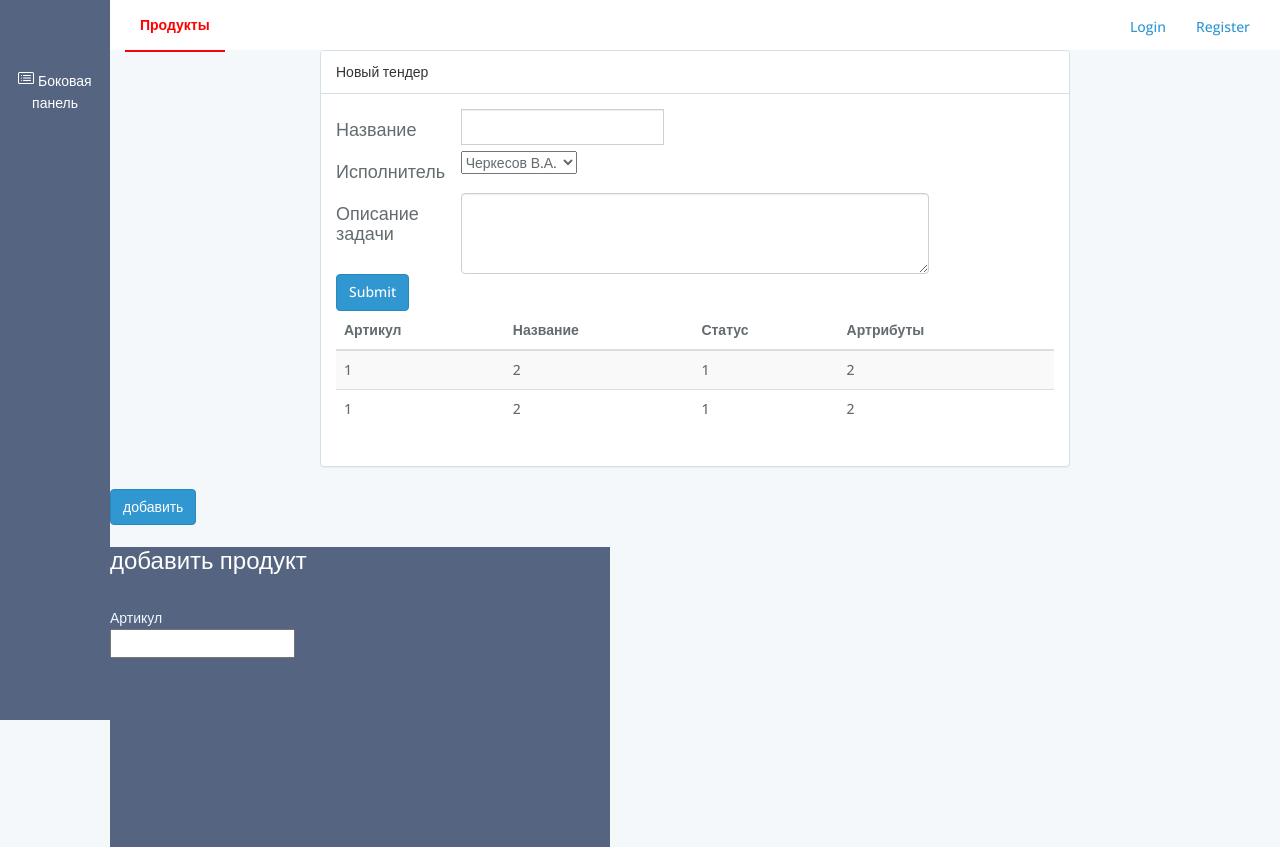
Repository: blackjack043/laravel-crud
Page: http://localhost/page2
An editor plug-in stored every save of this project. The page is shown before and after the next save, followed by the edit.
The browser window is 1280 px wide. The pictures show the whole page.
Some web fonts or font styles are not loaded; a fallback is used. The page is served by the project's Laravel application, run on PHP 8.4 with Laravel 8. Other server files are loaded and not shown.

Above is the page before, as saved 2022-03-07 15:58:05.

### routes/web.php
<?php

/*
|--------------------------------------------------------------------------
| Web Routes
|--------------------------------------------------------------------------
|
| Here is where you can register web routes for your application. These
| routes are loaded by the RouteServiceProvider within a group which
| contains the "web" middleware group. Now create something great!
|
*/
use Illuminate\Http\Request;
use App\Contact12;


Route::get('/', function () {
    return view('welcome');
});

Route::get('/page2', function () {
    return view('page2');
});



Route::post('/profile', 'ContactController@submit');

Auth::routes();

Route::get('/home', 'HomeController@index');

Auth::routes();

Route::get('/home', 'HomeController@index');

### resources/views/page2.blade.php
@extends('layouts.app2')

@section('content')
<div class="container">
    <div class="row">
        <div class="col-md-8 col-md-offset-2">
            <div class="panel panel-default">
                <div class="panel-heading">Новый тендер</div>
                <div class="panel-body">


        @if($errors->any())
            <div style=>
            @foreach ($errors->all() as $error)
            <div >
                {{$error}}
            </div>
            @endforeach
            </div>
         @endif
<form  method="POST" action="/profile">
{{ csrf_field() }}

                <div class="row" >
  <div class="col-md-2" ><h4>Название</h4></div>
  <div class="col-md-10">
<div class="input-group" >
<input type="text" name="label" class="form-control"  aria-describedby="sizing-addon2">
                </div></div>
</div>

<div class="row">
  <div class="col-md-2"><h4>Исполнитель</h4></div>
  <div class="col-md-10">
    <select name="ispolnitel">
    <option value="cherkesov">Черкесов В.А.</option>
    <option value="matancev">Матанцев Е.Р.</option>
    </select>
</div>
</div>

<div class="row">
  <div class="col-md-2"><h4>Описание задачи</h4></div>
  <div class="col-md-8">
		<textarea name="text" class="form-control" rows="3"></textarea>
</div>



</div>
<input type="submit" class="btn btn-primary">
</form>


<table class="table table-striped table-hover">
    <thead>
        <tr>
            <th>Артикул</th>
            <th>Название</th>
            <th>Статус</th>
            <th>Артрибуты</th>
            </tr>

    </thead>

    <tbody>
        <tr>
            <td>1</td>
            <td>2</td>
            <td>1</td>
            <td>2</td>
        </tr>
        <tr>
            <td>1</td>
            <td>2</td>
            <td>1</td>
            <td>2</td>
        </tr>
    </tbody>
</table>


                </div>
            </div>
        </div>
    </div>
</div>

<div>

<button class="btn btn-primary">добавить</button>
<div style="background-color: #556480;width:500px;height: 300px;">
    <div style="color: white"><h3>добавить продукт</h3></div>
    <br>
    <div> <span style="color:aliceblue"> Артикул </span> </div>
    <div><input type="text" /> </div>
</div>

</div>
@endsection

### resources/views/layouts/app2.blade.php
<!DOCTYPE html>
<html lang="en">
<head>
    <meta charset="utf-8">
    <meta http-equiv="X-UA-Compatible" content="IE=edge">
    <meta name="viewport" content="width=device-width, initial-scale=1">
    <link rel="preconnect" href="https://fonts.googleapis.com">
<link rel="preconnect" href="https://fonts.gstatic.com" crossorigin>
<link href="https://fonts.googleapis.com/css2?family=Open+Sans:wght@300;500;700&display=swap" rel="stylesheet">
    <!-- CSRF Token -->
    <meta name="csrf-token" content="{{ csrf_token() }}">

    <title>{{ config('app.name', 'Laravel') }}</title>

    <!-- Styles -->
    <link href="/css/app.css" rel="stylesheet">

    <!-- Scripts -->
    <script>
        window.Laravel = <?php echo json_encode([
            'csrfToken' => csrf_token(),
        ]); ?>
    </script>
</head>
<body style="font-family: 'Open Sans', sans-serif;">
    <div id="app" style="display: flex;">
        <div style="width:200px; height:100vh;background: #556480;color: white; font-size: 14px;text-align: center; padding-top:70px" >

        <svg xmlns="http://www.w3.org/2000/svg" width="16" height="16" fill="currentColor" class="bi bi-card-list" viewBox="0 0 16 16">
  <path d="M14.5 3a.5.5 0 0 1 .5.5v9a.5.5 0 0 1-.5.5h-13a.5.5 0 0 1-.5-.5v-9a.5.5 0 0 1 .5-.5h13zm-13-1A1.5 1.5 0 0 0 0 3.5v9A1.5 1.5 0 0 0 1.5 14h13a1.5 1.5 0 0 0 1.5-1.5v-9A1.5 1.5 0 0 0 14.5 2h-13z"/>
  <path d="M5 8a.5.5 0 0 1 .5-.5h7a.5.5 0 0 1 0 1h-7A.5.5 0 0 1 5 8zm0-2.5a.5.5 0 0 1 .5-.5h7a.5.5 0 0 1 0 1h-7a.5.5 0 0 1-.5-.5zm0 5a.5.5 0 0 1 .5-.5h7a.5.5 0 0 1 0 1h-7a.5.5 0 0 1-.5-.5zm-1-5a.5.5 0 1 1-1 0 .5.5 0 0 1 1 0zM4 8a.5.5 0 1 1-1 0 .5.5 0 0 1 1 0zm0 2.5a.5.5 0 1 1-1 0 .5.5 0 0 1 1 0z"/>
</svg>
<span style="padding-top: 0px"> Боковая панель</span>
       </div>
        <div style="display:inline; ">
        <nav class="" style="height: 50px; background: white; color:#f5f5f5">
            <div class="container">
                <div class="navbar-header">

                </div>

                <div style="display: flex; justify-content:space-between">
                    <!-- Left Side Of Navbar -->
                    <ul class="nav navbar-nav navbar-left">
                        &nbsp;
                        <li style="border-bottom: 2px solid red; color: red"><a href="#" style="color: red; font-weight: bold">Продукты</a></li>
                    </ul>

                    <!-- Right Side Of Navbar -->
                    <ul class="nav navbar-nav " style="align-self:flex-end">
                        <!-- Authentication Links -->
                        @if (Auth::guest())
                            <li><a href="{{ url('/login') }}">Login</a></li>
                            <li><a href="{{ url('/register') }}">Register</a></li>
                        @else
                            <li class="dropdown">
                                <a href="#" class="dropdown-toggle" data-toggle="dropdown" role="button" aria-expanded="false">
                                    {{ Auth::user()->name }} <span class="caret"></span>
                                </a>

                                <ul class="dropdown-menu" role="menu">
                                    <li>
                                        <a href="{{ url('/logout') }}"
                                            onclick="event.preventDefault();
                                                     document.getElementById('logout-form').submit();">
                                            Logout
                                        </a>

                                        <form id="logout-form" action="{{ url('/logout') }}" method="POST" style="display: none;">
                                            {{ csrf_field() }}
                                        </form>
                                    </li>
                                </ul>
                            </li>
                        @endif
                    </ul>
                </div>
            </div>
        </nav>

        @yield('content')
    </div>
    </div>
    <!-- Scripts -->
    <script src="/js/app.js"></script>
</body>
</html>

Loaded but not shown: app/Http/Controllers/Auth/LoginController.php (common file); app/Http/Controllers/Controller.php (common file); public/css/app.css (library); public/js/app.js (library)

After the next save:
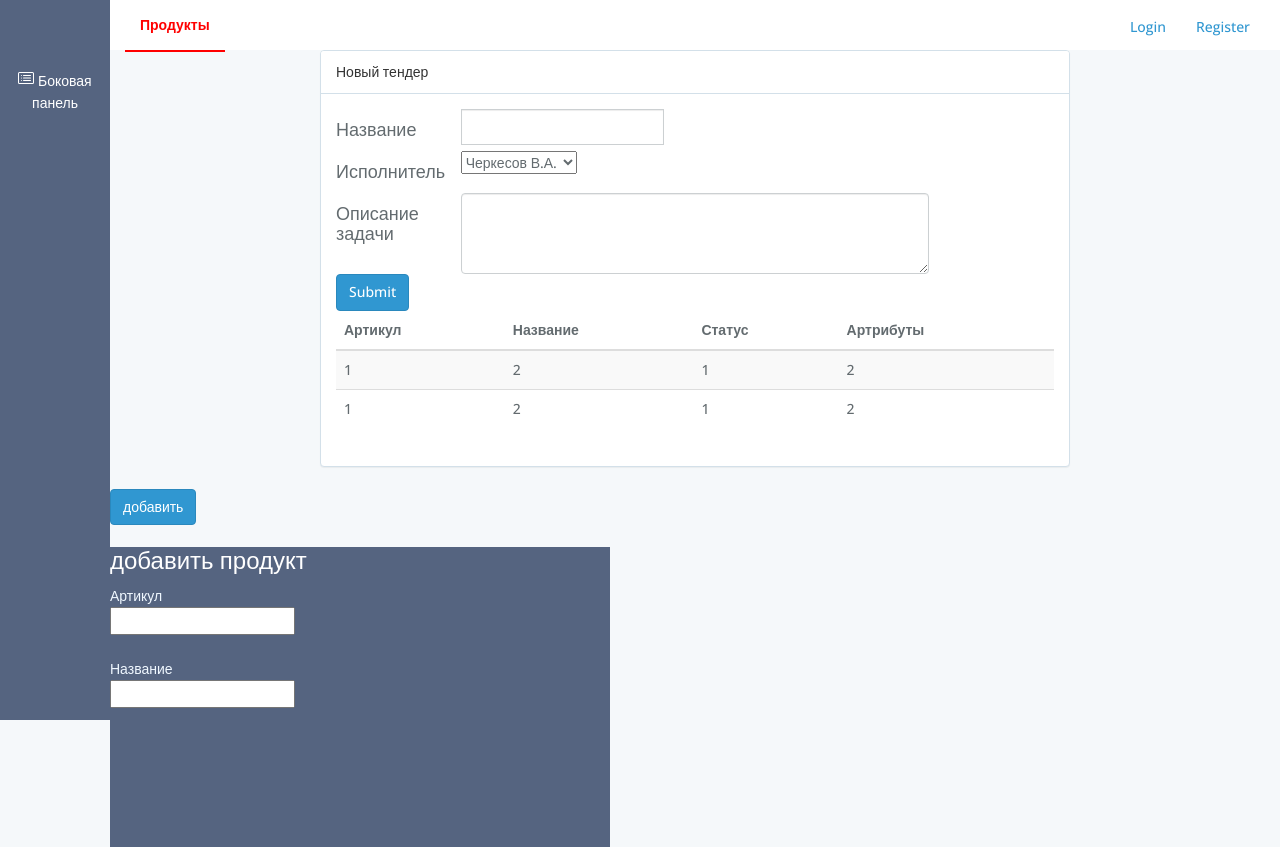
Saved 33 s later.
--- a/resources/views/page2.blade.php
+++ b/resources/views/page2.blade.php
@@ -91,9 +91,13 @@
 <button class="btn btn-primary">добавить</button>
 <div style="background-color: #556480;width:500px;height: 300px;">
     <div style="color: white"><h3>добавить продукт</h3></div>
-    <br>
+
     <div> <span style="color:aliceblue"> Артикул </span> </div>
     <div><input type="text" /> </div>
+    <br>
+    <div> <span style="color:aliceblue"> Название </span> </div>
+    <div><input type="text" /> </div>
+    <br>
 </div>
 
 </div>
